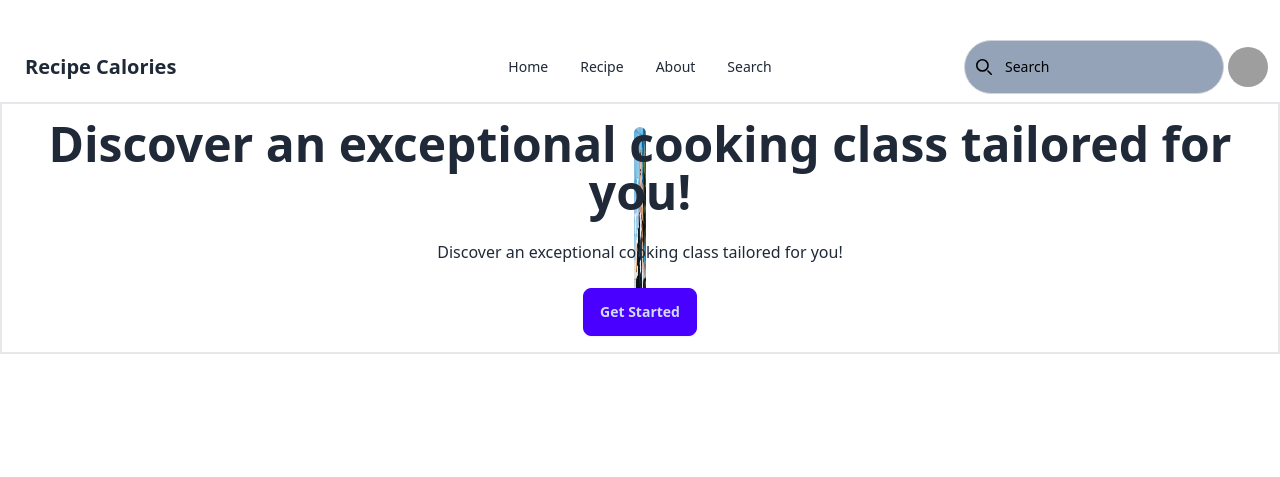
Repository: RudrasahaDibos/Chefs-table
Page: /
An editor plug-in stored every save of this project. The page is shown before and after the next save, followed by the edit.
The browser window is 1280 px wide. The pictures show the whole page.
Pictures or frames that could not be fetched are drawn as grey boxes. The project was rebuilt for these pictures with package versions that can differ from the ones it lists, and the page was loaded fresh each time. Also part of the build but not shown: vite.config.js, src/App.css.

Above is the page before, as saved 2024-12-19 09:49:58.

### src/App.jsx

import './App.css'
import Banner from './Component/Banner/Banner'
import Header from './Component/Header/Header'
import Recipes from './Component/Recipes/Recipes'

function App() {


  return (
    <div className='container mx-auto'>
        <Header></Header>
        <Banner></Banner>
        <Recipes></Recipes>

    </div>
  )
}

export default App

### src/Component/Banner/Banner.jsx
import img from '../Banner/Image/Rectangle 12.png'

const Banner = () => {
    return (
        <div className='max-w-7xl mx-auto '>
            <div className="hero ">
     <img src={img} alt="" className='h-4/5 w-3 rounded-3xl' />
  <div className="hero-content text-center border-2 w-full ">
    <div className="">
      <h1 className="text-5xl font-bold">Discover an exceptional cooking class tailored for you!</h1>
      <p className="py-6">
      Discover an exceptional cooking class tailored for you!
      </p>
      <button className="btn btn-primary">Get Started</button>
    </div>
  </div>
</div>
        </div>
    );
};

export default Banner;

### src/Component/Header/Header.jsx

const Header = () => {
    return (
        <div className="max-w-7xl mx-auto mt-8">
              <div className="navbar bg-base-100">
  <div className="navbar-start">
    <div className="dropdown">
      <div tabIndex="0" role="button" className="btn btn-ghost lg:hidden">
        <svg
          xmlns="http://www.w3.org/2000/svg"
          className="h-5 w-5"
          fill="none"
          viewBox="0 0 24 24"
          stroke="currentColor">
          <path
            strokeLinecap="round"
            strokeLinejoin="round"
            strokeWidth="2"
            d="M4 6h16M4 12h8m-8 6h16" />
        </svg>
      </div>
      <ul
        tabIndex="0"
        className="menu menu-sm dropdown-content bg-base-100 rounded-box z-[1] mt-3 w-52 p-2 shadow">
        <li><a>Home</a></li>
      <li><a>Recipe</a></li>
      <li><a>About</a></li>
      <li><a>Search</a></li>
      </ul>
    </div>
    <a className="btn btn-ghost text-xl font-bold">Recipe Calories</a>
  </div>
  <div className="navbar-center hidden lg:flex">
    <ul className="menu menu-horizontal px-1">
      <li><a>Home</a></li>
      <li><a>Recipe</a></li>
      <li><a>About</a></li>
      <li><a>Search</a></li>
    </ul>
  </div>
  <div className="navbar-end ">
  <div className="form-control ">


<form className="max-w-md mx-auto">
    <div className="relative">
        <div className="absolute inset-y-0 start-0 flex items-center ps-3 pointer-events-none">
            <svg className="w-4 h-4 text-black dark:text-gray-400" aria-hidden="true" xmlns="http://www.w3.org/2000/svg" fill="none" viewBox="0 0 20 20">
                <path stroke="currentColor" strokeLinecap="round" strokeLinejoin="round" strokeWidth="2" d="m19 19-4-4m0-7A7 7 0 1 1 1 8a7 7 0 0 1 14 0Z"/>
            </svg>
        </div>
        <input type="search" id="default-search" className="block w-full p-4 ps-10 text-sm text-black border border-gray-300  bg-slate-400 focus:ring-blue-500 rounded-full focus:border-blue-500 dark:bg-gray-700 dark:border-gray-600 placeholder-black dark:text-white dark:focus:ring-blue-500 dark:focus:border-blue-500" placeholder="Search " required />

    </div>
</form>


    </div>
    <div tabIndex="0" role="button" className="btn btn-ghost btn-circle avatar">
        <div className="w-10 rounded-full">
          <img
            alt="Tailwind CSS Navbar component"
            src="https://img.daisyui.com/images/stock/photo-1534528741775-53994a69daeb.webp" />
        </div>
      </div>
  </div>
</div>
        </div>
    );
};

export default Header;

### src/Component/Recipes/Recipes.jsx
import React from 'react';

const Recipes = () => {
    return (
        <div>

        </div>
    );
};

export default Recipes;

Loaded but not shown: index.html (common file); src/main.jsx (common file); src/index.css (common file); tailwind.config.js (common file)

After the next save:
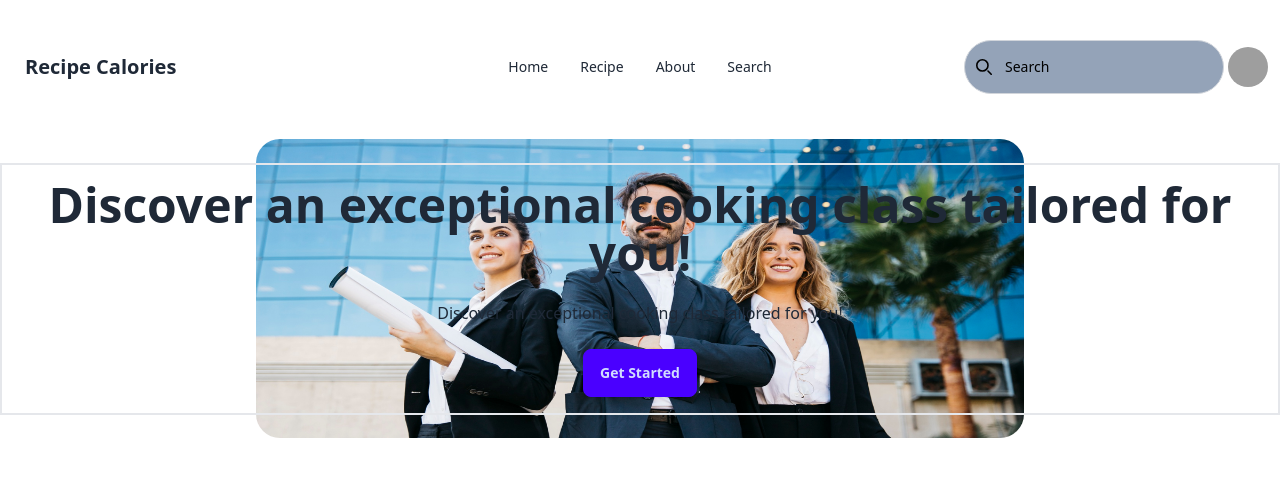
Saved 4 s later.
--- a/src/Component/Banner/Banner.jsx
+++ b/src/Component/Banner/Banner.jsx
@@ -4,7 +4,7 @@ const Banner = () => {
     return (
         <div className='max-w-7xl mx-auto '>
             <div className="hero ">
-     <img src={img} alt="" className='h-4/5 w-3 rounded-3xl' />
+     <img src={img} alt="" className='h-4/5 w-3/5 rounded-3xl' />
   <div className="hero-content text-center border-2 w-full ">
     <div className="">
       <h1 className="text-5xl font-bold">Discover an exceptional cooking class tailored for you!</h1>
